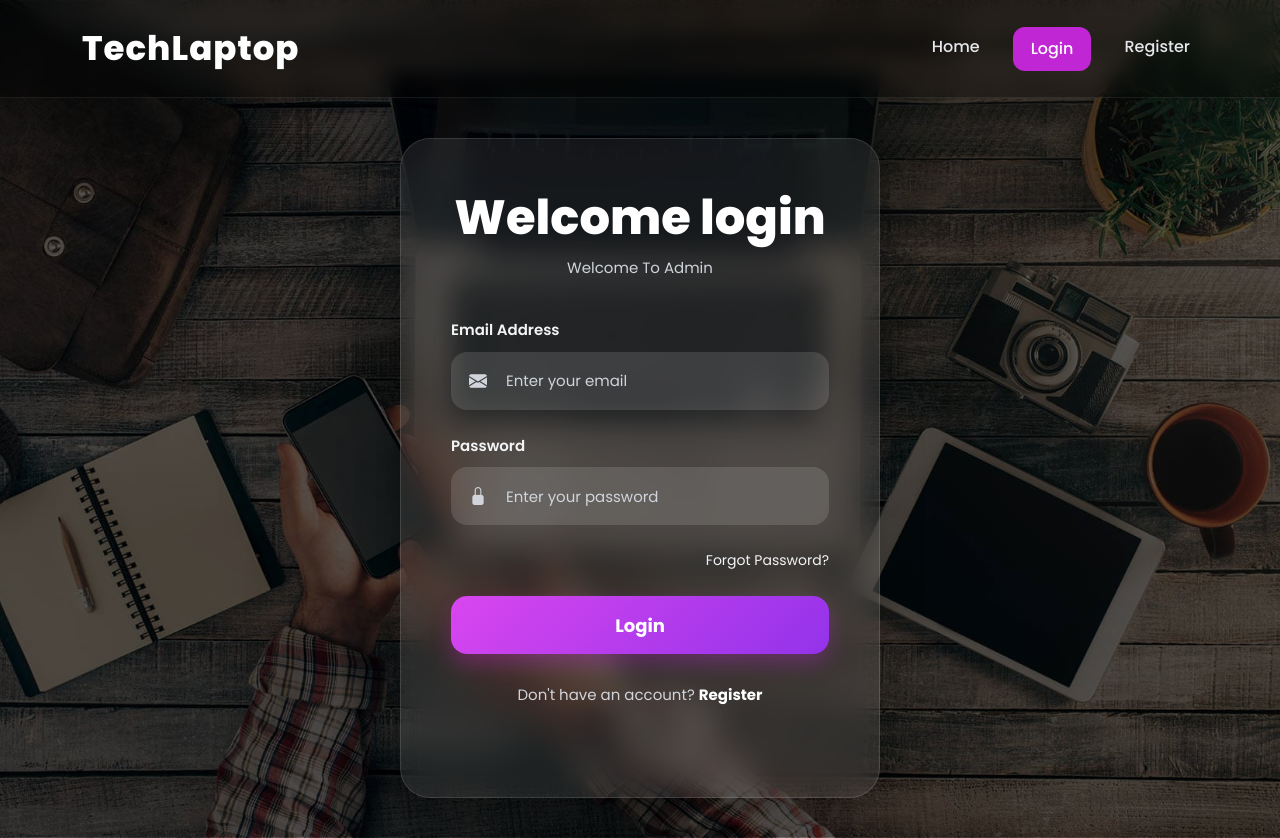
Repository: shiwamshete24-cmyk/eccomerce-laptop-website
Page: eccomerce laptop website/src/main/webapp/admin_login.html
These files come from the project's save history. The page is drawn as it stood at one moment and after the next save; the edit follows.
The browser window is 1280 px wide. The pictures show the whole page.

Above is the page before, as saved 2026-05-27 14:30:21.

### eccomerce laptop website/src/main/webapp/admin_login.html
<!DOCTYPE html>
<html lang="en">

<head>

<meta charset="UTF-8">

<meta
name="viewport"
content="width=device-width, initial-scale=1.0">

<title>

	Login - TechLaptop

</title>

<!-- BOOTSTRAP -->

<link
href="https://cdn.jsdelivr.net/npm/bootstrap@5.3.2/dist/css/bootstrap.min.css"
rel="stylesheet">

<!-- ICONS -->

<link
rel="stylesheet"
href="https://cdn.jsdelivr.net/npm/bootstrap-icons@1.11.3/font/bootstrap-icons.css">

<!-- GOOGLE FONT -->

<link
href="https://fonts.googleapis.com/css2?family=Poppins:wght@300;400;500;600;700;800&display=swap"
rel="stylesheet">

<link href="css/admin_login.css" rel="stylesheet">



</head>

<body>

<!-- NAVBAR -->

<nav class="navbar navbar-expand-lg navbar-dark">

	<div class="container-fluid">

		<a
		class="navbar-brand"
		href="index.html">

			TechLaptop

		</a>

		<button
		class="navbar-toggler"
		type="button"
		data-bs-toggle="collapse"
		data-bs-target="#menu">

			<span class="navbar-toggler-icon"></span>

		</button>

		<div
		class="collapse navbar-collapse"
		id="menu">

			<ul class="navbar-nav ms-auto">

				<li class="nav-item">

					<a
					class="nav-link"
					href="index.html">

						Home

					</a>

				</li>

				<li class="nav-item">

					<a
					class="nav-link active"
					href="login.html">

						Login

					</a>

				</li>

				<li class="nav-item">

					<a
					class="nav-link"
					href="register.html">

						Register

					</a>

				</li>

			</ul>

		</div>

	</div>

</nav>

<!-- LOGIN -->

<section class="login-wrapper">

	<div class="login-box">

		<h1>

			Welcome login

		</h1>

		<p>

			Welcome To Admin

		</p>

		<form
		method="post"
		action="Admin_login">

			<!-- EMAIL -->

			<div class="form-group">

				<label>

					Email Address

				</label>

				<div class="input-box">

					<i class="bi bi-envelope-fill"></i>

					<input
					type="email"
					name="email"
					placeholder="Enter your email"
					required>

				</div>

			</div>

			<!-- PASSWORD -->

			<div class="form-group">

				<label>

					Password

				</label>

				<div class="input-box">

					<i class="bi bi-lock-fill"></i>

					<input
					type="password"
					name="password"
					placeholder="Enter your password"
					required>

				</div>

			</div>

			<!-- OPTIONS -->

			<div class="options">

				<a href="#">

					Forgot Password?

				</a>

			</div>

			<!-- BUTTON -->

			<button
			type="submit"
			class="login-btn">

				Login

			</button>

			<!-- REGISTER -->

			<p class="register-text">

				Don't have an account?

				<a href="register.html">

					Register

				</a>

			</p>

		</form>

	</div>

</section>

<script
src="https://cdn.jsdelivr.net/npm/bootstrap@5.3.2/dist/js/bootstrap.bundle.min.js">
</script>

</body>

</html>

### eccomerce laptop website/src/main/webapp/css/admin_login.css
*{
	margin:0;
	padding:0;
	box-sizing:border-box;
	font-family:'Poppins',sans-serif;
}

body{

	min-height:100vh;

	background:
	linear-gradient(
	rgba(0,0,0,0.65),
	rgba(0,0,0,0.65)
	),

	url("img/myimg3.jpg");

	background-size:cover;

	background-position:center;

	background-repeat:no-repeat;

	overflow-x:hidden;

}

/* =========================
   NAVBAR
========================= */

.navbar{

	padding:18px 70px;

	background:rgba(0,0,0,0.35);

	backdrop-filter:blur(10px);

	border-bottom:
	1px solid rgba(255,255,255,0.08);

}

.navbar-brand{

	font-size:34px;

	font-weight:800;

	color:white !important;

	letter-spacing:1px;

}

.navbar-nav .nav-link{

	color:#e5e7eb !important;

	font-size:16px;

	font-weight:500;

	margin-left:25px;

	transition:0.3s;

	position:relative;

}

.navbar-nav .nav-link:hover{

	color:#c026d3 !important;

}

.navbar-nav .active{

	background:#c026d3;

	padding:10px 18px !important;

	border-radius:12px;

	color:white !important;

}

/* =========================
   MAIN CONTAINER
========================= */

.login-wrapper{

	min-height:90vh;

	display:flex;

	align-items:center;

	justify-content:center;

	padding:40px;

}

/* =========================
   LOGIN BOX
========================= */

.login-box{

	width:100%;

	max-width:480px;

	background:
	rgba(255,255,255,0.08);

	backdrop-filter:blur(16px);

	border:
	1px solid rgba(255,255,255,0.12);

	border-radius:30px;

	padding:50px;

	box-shadow:
	0 10px 40px rgba(0,0,0,0.35);

	color:white;

	animation:fadeIn 0.8s ease;

}

/* =========================
   ANIMATION
========================= */

@keyframes fadeIn{

	from{

		opacity:0;

		transform:translateY(30px);

	}

	to{

		opacity:1;

		transform:translateY(0);

	}

}

/* =========================
   TEXT
========================= */

.login-box h1{

	font-size:48px;

	font-weight:800;

	margin-bottom:10px;

	text-align:center;

}

.login-box p{

	text-align:center;

	color:#d1d5db;

	margin-bottom:40px;

	font-size:15px;

}

/* =========================
   FORM
========================= */

.form-group{

	margin-bottom:25px;

}

.form-group label{

	display:block;

	margin-bottom:10px;

	font-size:15px;

	font-weight:600;

	color:#f3f4f6;

}

.input-box{

	position:relative;

}

.input-box i{

	position:absolute;

	left:18px;

	top:50%;

	transform:translateY(-50%);

	color:#d1d5db;

	font-size:18px;

}

.input-box input{

	width:100%;

	height:58px;

	background:
	rgba(255,255,255,0.12);

	border:none;

	outline:none;

	border-radius:16px;

	padding-left:55px;

	padding-right:15px;

	color:white;

	font-size:15px;

	transition:0.3s;

}

.input-box input::placeholder{

	color:#d1d5db;

}

.input-box input:focus{

	background:
	rgba(255,255,255,0.18);

	border:
	1px solid #c026d3;

}

/* =========================
   OPTIONS
========================= */

.options{

	display:flex;

	justify-content:flex-end;

	margin-bottom:25px;

}

.options a{

	color:#f3f4f6;

	text-decoration:none;

	font-size:14px;

	transition:0.3s;

}

.options a:hover{

	color:#c026d3;

}

/* =========================
   LOGIN BUTTON
========================= */

.login-btn{

	width:100%;

	height:58px;

	border:none;

	border-radius:16px;

	background:
	linear-gradient(
	135deg,
	#d946ef,
	#9333ea
	);

	color:white;

	font-size:18px;

	font-weight:700;

	transition:0.4s;

	box-shadow:
	0 10px 20px rgba(192,38,211,0.3);

}

.login-btn:hover{

	transform:translateY(-4px);

	box-shadow:
	0 15px 30px rgba(192,38,211,0.45);

}

/* =========================
   REGISTER
========================= */

.register-text{

	text-align:center;

	margin-top:30px;

	color:#e5e7eb;

	font-size:15px;

}

.register-text a{

	color:white;

	font-weight:700;

	text-decoration:none;

	transition:0.3s;

}

.register-text a:hover{

	color:#d946ef;

}

/* =========================
   MOBILE
========================= */

@media(max-width:768px){

	.navbar{

		padding:15px 25px;

	}

	.login-box{

		padding:35px 25px;

	}

	.login-box h1{

		font-size:38px;

	}

}

</style>

After the next save:
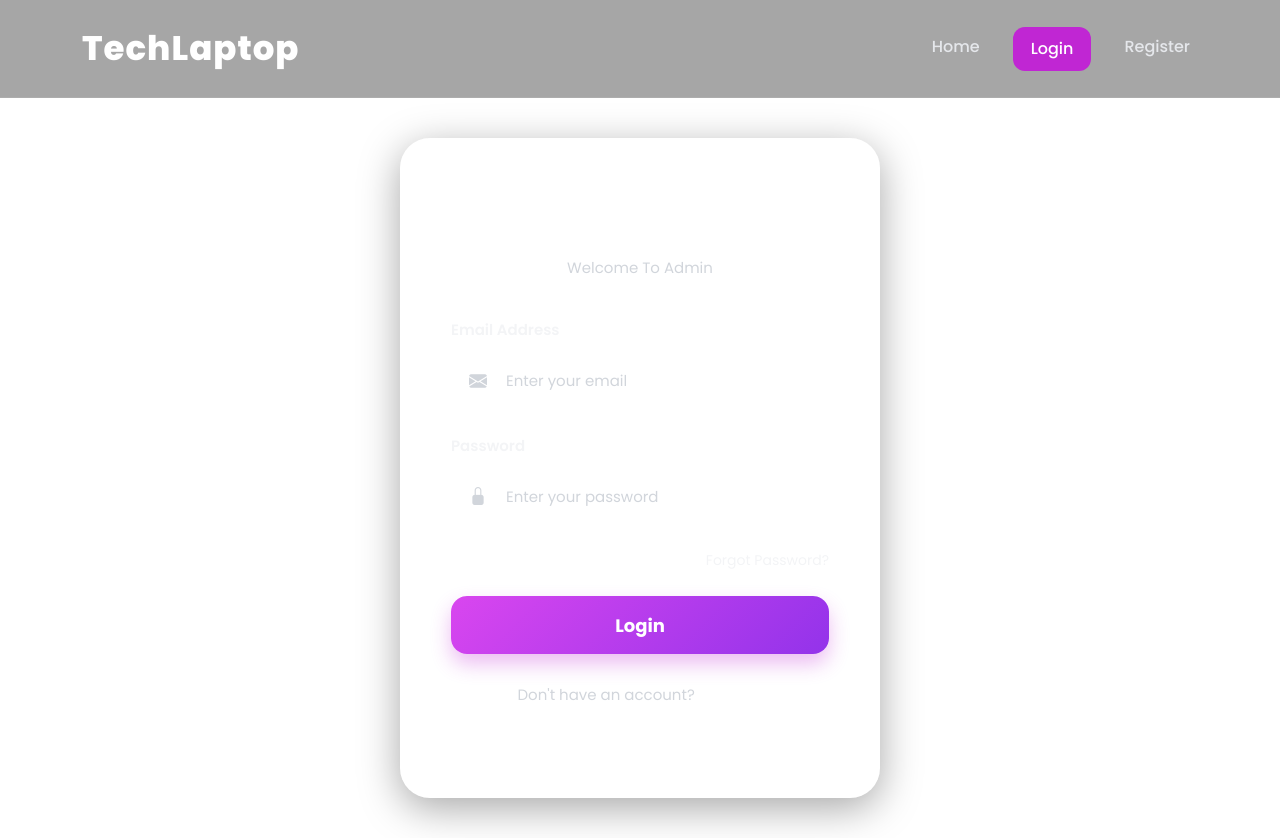
Saved 22 s later.
--- a/eccomerce laptop website/src/main/webapp/css/admin_login.css
+++ b/eccomerce laptop website/src/main/webapp/css/admin_login.css
@@ -5,27 +5,7 @@
 	font-family:'Poppins',sans-serif;
 }
 
-body{
-
-	min-height:100vh;
-
-	background:
-	linear-gradient(
-	rgba(0,0,0,0.65),
-	rgba(0,0,0,0.65)
-	),
-
-	url("img/myimg3.jpg");
-
-	background-size:cover;
-
-	background-position:center;
-
-	background-repeat:no-repeat;
-
-	overflow-x:hidden;
-
-}
+
 
 /* =========================
    NAVBAR

After the save that followed:
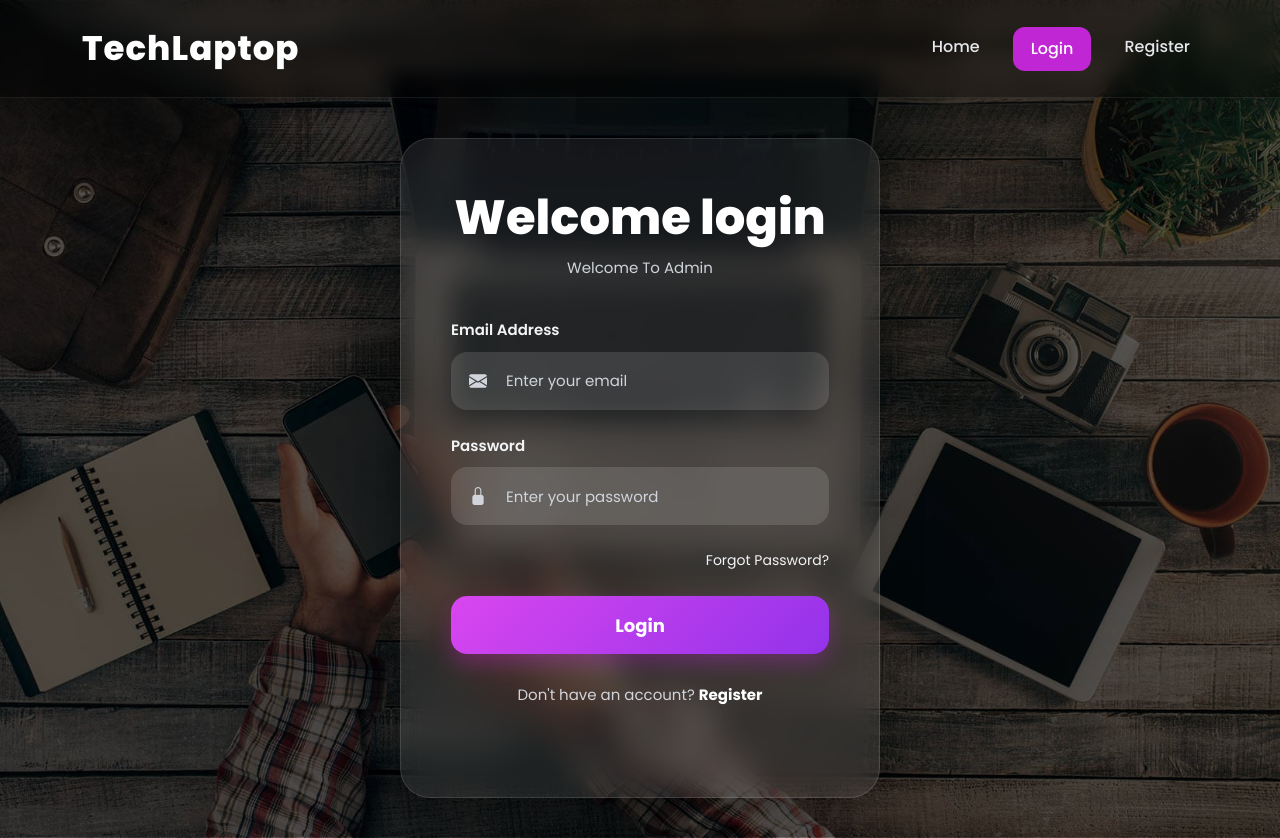
Saved 6 s later.
--- a/eccomerce laptop website/src/main/webapp/admin_login.html
+++ b/eccomerce laptop website/src/main/webapp/admin_login.html
@@ -35,7 +35,31 @@ rel="stylesheet">
 
 <link href="css/admin_login.css" rel="stylesheet">
 
-
+<style>
+
+body{
+
+	min-height:100vh;
+
+	background:
+	linear-gradient(
+	rgba(0,0,0,0.65),
+	rgba(0,0,0,0.65)
+	),
+
+	url("img/myimg3.jpg");
+
+	background-size:cover;
+
+	background-position:center;
+
+	background-repeat:no-repeat;
+
+	overflow-x:hidden;
+
+}
+
+</style>
 
 </head>
 
